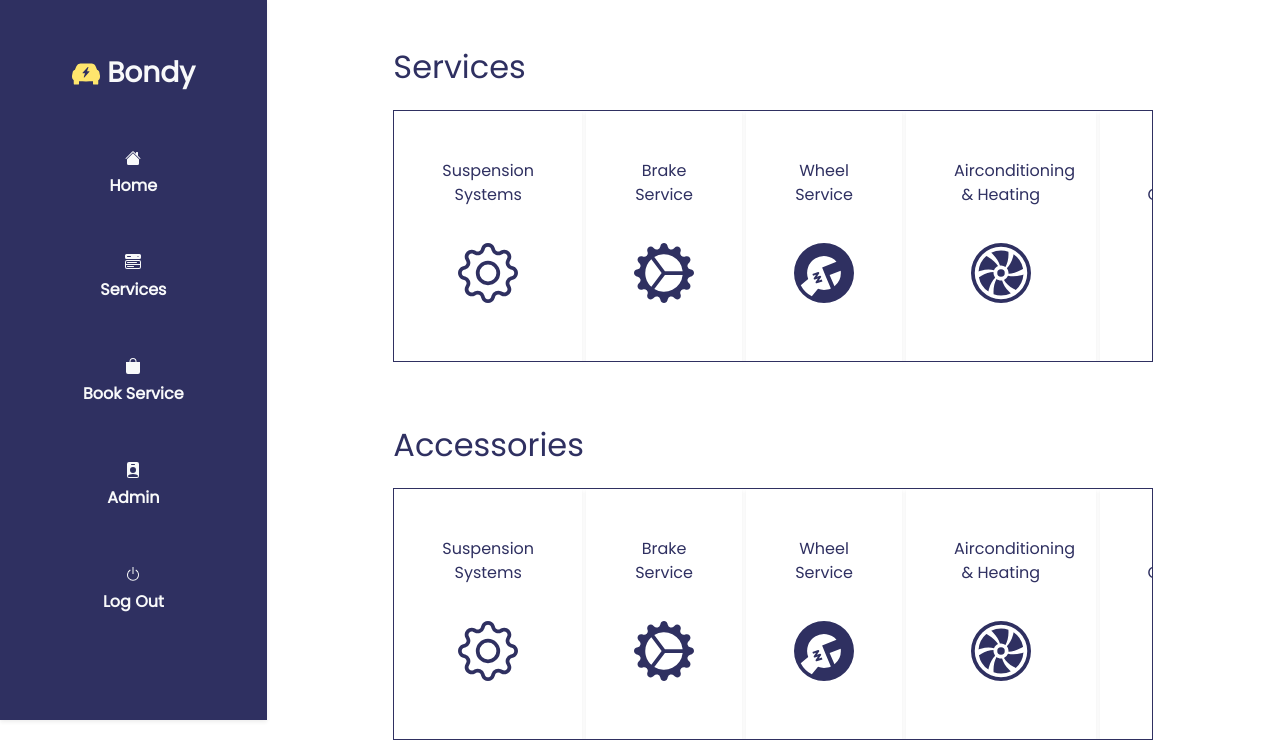
Repository: duzzisantos/bondy
Page: /
The author's editor kept a copy of each file at every save. The page is drawn from the files as they stood at one save, then again after the next save.
The browser window is 1280 px wide. The pictures show the whole page.
Some web libraries are served in a nearby version. The project was rebuilt for these pictures with package versions that can differ from the ones it lists, and the page was loaded fresh each time.

Above is the page before, as saved 2023-06-18 01:18:27.

### public/index.html
<!DOCTYPE html>
<html lang="en">
  <head>
    <meta charset="utf-8" />
    <link rel="icon" href="%PUBLIC_URL%/favicon.ico" />
    <meta name="viewport" content="width=device-width, initial-scale=1" />
    <meta name="theme-color" content="#000000" />
    <meta
      name="description"
      content="Web site created using create-react-app"
    />
    <link rel="apple-touch-icon" href="%PUBLIC_URL%/logo192.png" />
    <!-- Option 1: Include in HTML -->
    <link
      rel="stylesheet"
      href="https://cdn.jsdelivr.net/npm/bootstrap-icons@1.3.0/font/bootstrap-icons.css"
    />
    <link rel="preconnect" href="https://fonts.googleapis.com" />
    <link rel="preconnect" href="https://fonts.gstatic.com" crossorigin />
    <!--
      manifest.json provides metadata used when your web app is installed on a
      user's mobile device or desktop. See https://developers.google.com/web/fundamentals/web-app-manifest/
    -->
    <link rel="manifest" href="%PUBLIC_URL%/manifest.json" />
    <!--
      Notice the use of %PUBLIC_URL% in the tags above.
      It will be replaced with the URL of the `public` folder during the build.
      Only files inside the `public` folder can be referenced from the HTML.

      Unlike "/favicon.ico" or "favicon.ico", "%PUBLIC_URL%/favicon.ico" will
      work correctly both with client-side routing and a non-root public URL.
      Learn how to configure a non-root public URL by running `npm run build`.
    -->
    <title>React App</title>
  </head>
  <body>
    <noscript>You need to enable JavaScript to run this app.</noscript>
    <div id="root"></div>
    <!--
      This HTML file is a template.
      If you open it directly in the browser, you will see an empty page.

      You can add webfonts, meta tags, or analytics to this file.
      The build step will place the bundled scripts into the <body> tag.

      To begin the development, run `npm start` or `yarn start`.
      To create a production bundle, use `npm run build` or `yarn build`.
    -->
  </body>
</html>

### src/index.js
import React from "react";
import ReactDOM from "react-dom/client";
import "./index.css";
import App from "./App";
import "bootstrap/dist/css/bootstrap.min.css";
import { BrowserRouter as Router } from "react-router-dom";

const root = ReactDOM.createRoot(document.getElementById("root"));
root.render(
  <React.StrictMode>
    <Router>
      <App />
    </Router>
  </React.StrictMode>
);

### src/App.js
import "./App.css";
import "bootstrap";
import SideBar from "./components/Navigation/SideBar";
import { Routes, Route } from "react-router-dom";
import LandingPage from "./views/LandingPage";
function App() {
  return (
    <div className="App d-flex flex-row flex-nowrap">
      <SideBar />
      <Routes>
        <Route path="/" element={<LandingPage />} />
        <Route path="/home" element={<LandingPage />} />
      </Routes>
    </div>
  );
}

export default App;

### src/App.css
@import url("https://fonts.googleapis.com/css2?family=Cabin&family=Montserrat:wght@200&family=Poppins&display=swap");

* {
  font-family: "Poppins", sans-serif;
}
.App {
  text-align: center;
}

.custom-color {
  color: #2f3061 !important;
}

.custom-bg-color {
  background-color: #2f3061;
}

.custom-border {
  border: 1px solid #2f3061;
}

### src/components/Navigation/SideBar.tsx
import React, { FunctionComponent } from "react";
import "react-bootstrap";
import "../../App.css";
import "./Navigation.scss";
import { Link } from "react-router-dom";
import {
  HouseFill,
  BagFill,
  PersonBadgeFill,
  Power,
  EvFrontFill,
  MenuButtonWideFill,
} from "react-bootstrap-icons";

const commonLinkClasses =
  "d-flex flex-column justify-content-center align-items-center p-1 gap-2 text-light text-decoration-none fw-bold";
const SideBar: FunctionComponent = () => {
  return (
    <div className="col-2 vh-100 custom-bg-color shadow-sm p-5 text-light d-flex flex-column vstack gap-5">
      <Link to={"/"} className={commonLinkClasses + " fs-3"}>
        <span>
          <EvFrontFill className="brand-icon-color" /> Bondy
        </span>
      </Link>
      <Link to={"/home"} className={commonLinkClasses}>
        <HouseFill />
        Home
      </Link>

      <Link to={"/services"} className={commonLinkClasses}>
        <MenuButtonWideFill />
        Services
      </Link>

      <Link to={"/book-service"} className={commonLinkClasses}>
        <BagFill />
        Book Service
      </Link>

      <Link to={"/admin"} className={commonLinkClasses}>
        <PersonBadgeFill />
        Admin
      </Link>

      <Link to={"/logout"} className={commonLinkClasses}>
        <Power />
        Log Out
      </Link>
    </div>
  );
};

export default SideBar;

### src/views/LandingPage.tsx
import React, { FunctionComponent } from "react";
import "../components/Home/LandingPage.scss";
import LandingPageScrollContainer from "src/components/Home/LandingPageScrollContainer";
import { servicesList } from "src/components/Home/landingPageContent";

const LandingPage: FunctionComponent = () => {
  const handleClick = () => {
    console.log("This was clicked");
  };
  return (
    <div className="col-lg-9 pt-5 vstack gap-5 d-flex flex-column align-items-center">
      <LandingPageScrollContainer
        content={servicesList}
        category="Services"
        handleClick={handleClick}
      />
      <LandingPageScrollContainer
        content={servicesList}
        category="Accessories"
        handleClick={handleClick}
      />
    </div>
  );
};

export default LandingPage;

### src/components/Navigation/Navigation.scss
.brand-icon-color {
  color: #ffe66d !important;
}

### src/components/Home/LandingPage.scss
.scroll-container-fixed {
  position: fixed !important;
}

.scroll-container-size {
  height: 330px !important;
}

.service-card {
  height: 270px !important;
}

.service-icon-font {
  font-size: 60px !important;
}

### src/components/Home/LandingPageScrollContainer.tsx
import React, { FunctionComponent } from "react";
import "../../App.css";
import { Link } from "react-router-dom";

interface ScrollContainerProps {
  content: any[];
  category: string;
  handleClick: any;
}
const LandingPageScrollContainer: FunctionComponent<ScrollContainerProps> = ({
  content,
  category,
  handleClick,
}) => {
  return (
    <section className="col-9 scroll-container-size">
      <h2 className="text-start mb-4 custom-color">{category}</h2>
      <div className="overflow-x-auto d-flex flex-row hstack gap-1 custom-border">
        {content.map((element, index) => (
          <Link
            to={`/services/${element.category}`}
            key={index}
            className={`text-decoration-none text-dark w-25 p-5 shadow-sm d-flex flex-column vstack gap-3`}
            onClick={handleClick}
          >
            <span className="custom-color">{element.category}</span>
            <span className={`service-icon-font custom-color`}>
              {element.icon}
            </span>
          </Link>
        ))}
      </div>
    </section>
  );
};

export default LandingPageScrollContainer;

### src/components/Home/landingPageContent.tsx
import React from "react";
import {
  Gear,
  GearWideConnected,
  WrenchAdjustableCircleFill,
  Fan,
  DropletHalf,
  CarFrontFill,
} from "react-bootstrap-icons";
export const servicesList = [
  {
    id: 1,
    category: "Suspension Systems",
    icon: <Gear />,
  },
  {
    id: 2,
    category: "Brake Service",
    icon: <GearWideConnected />,
  },
  {
    id: 3,
    category: "Wheel Service",
    icon: <WrenchAdjustableCircleFill />,
  },
  {
    id: 4,
    category: "Airconditioning & Heating",
    icon: <Fan />,
  },
  {
    id: 5,
    category: "Oil Change",
    icon: <DropletHalf />,
  },
  {
    id: 6,
    category: "Body Work",
    icon: <CarFrontFill />,
  },
];

Loaded but not shown: src/index.css (common file)

After the next save:
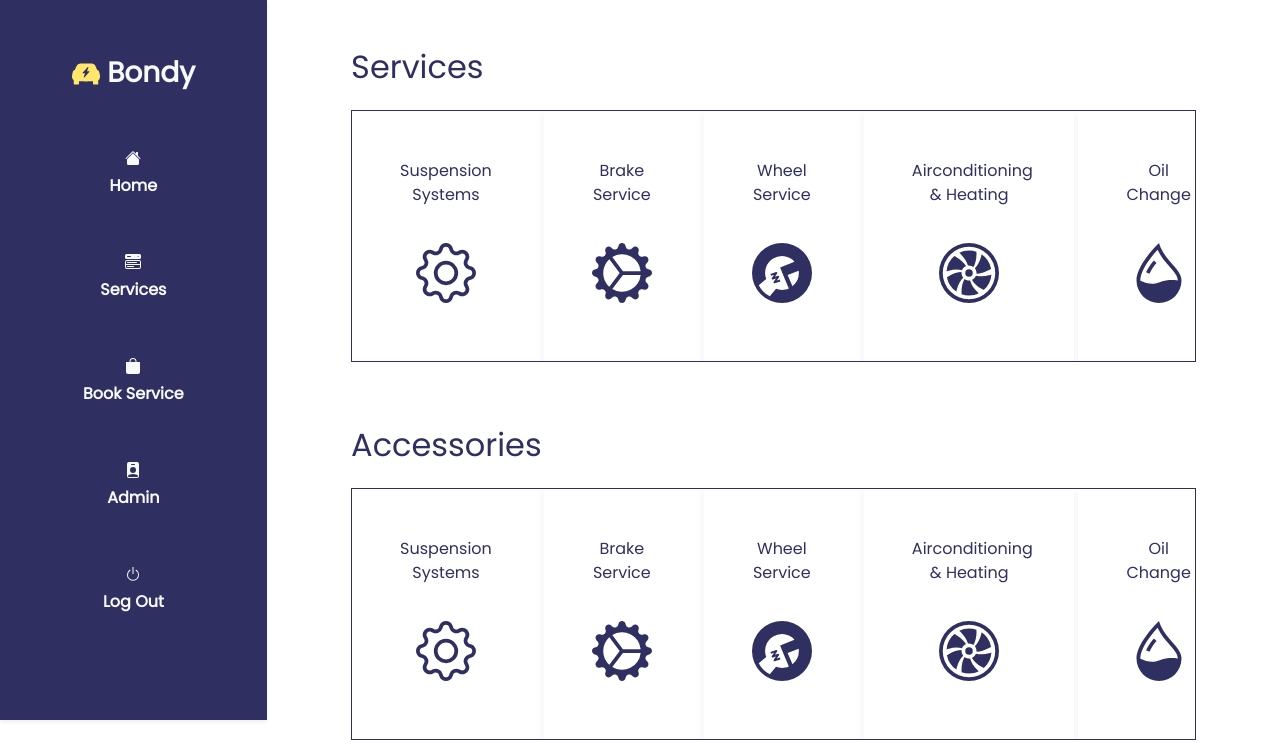
Saved 25 s later.
--- a/src/components/Home/LandingPageScrollContainer.tsx
+++ b/src/components/Home/LandingPageScrollContainer.tsx
@@ -13,7 +13,7 @@ const LandingPageScrollContainer: FunctionComponent<ScrollContainerProps> = ({
   handleClick,
 }) => {
   return (
-    <section className="col-9 scroll-container-size">
+    <section className="col-10 scroll-container-size">
       <h2 className="text-start mb-4 custom-color">{category}</h2>
       <div className="overflow-x-auto d-flex flex-row hstack gap-1 custom-border">
         {content.map((element, index) => (
